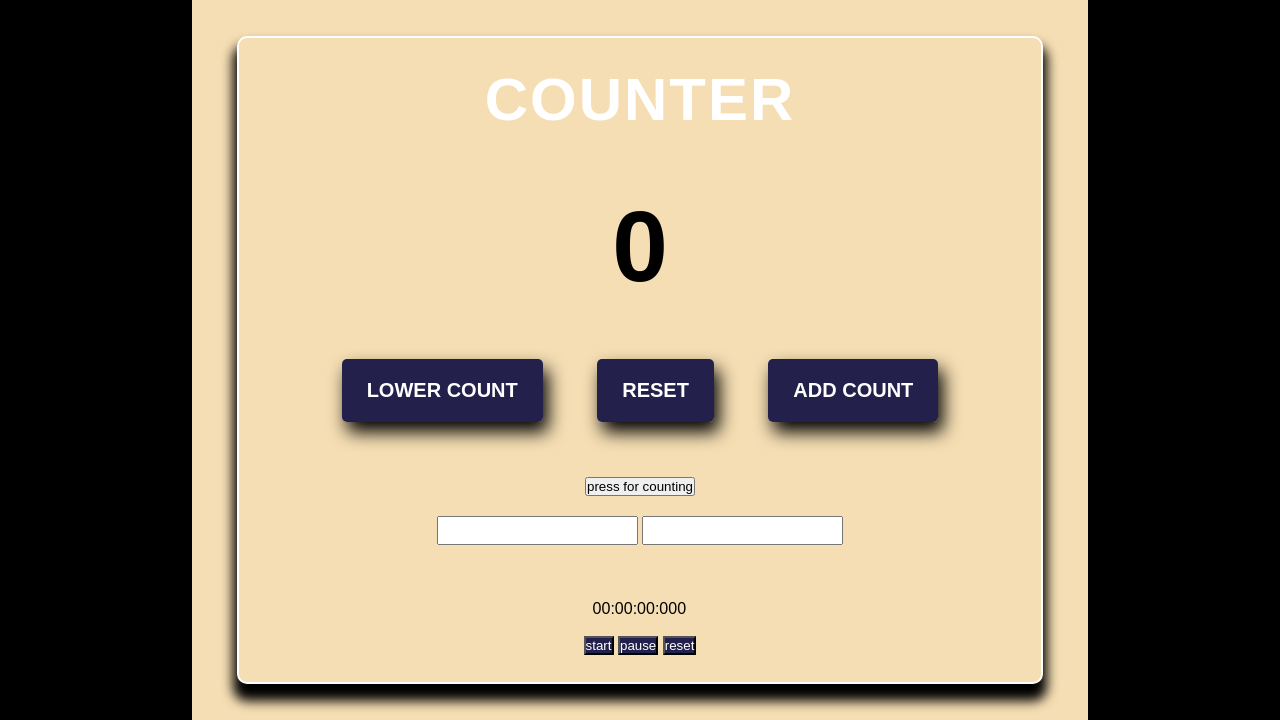
Repository: Seryozha02/Calculator
Page: calculator.html
These files come from the project's save history. The page is drawn as it stood at one moment and after the next save; the edit follows.
The browser window is 1280 px wide. The pictures show the whole page.

Above is the page before, as saved 2022-02-15 13:24:04.

After the next save:
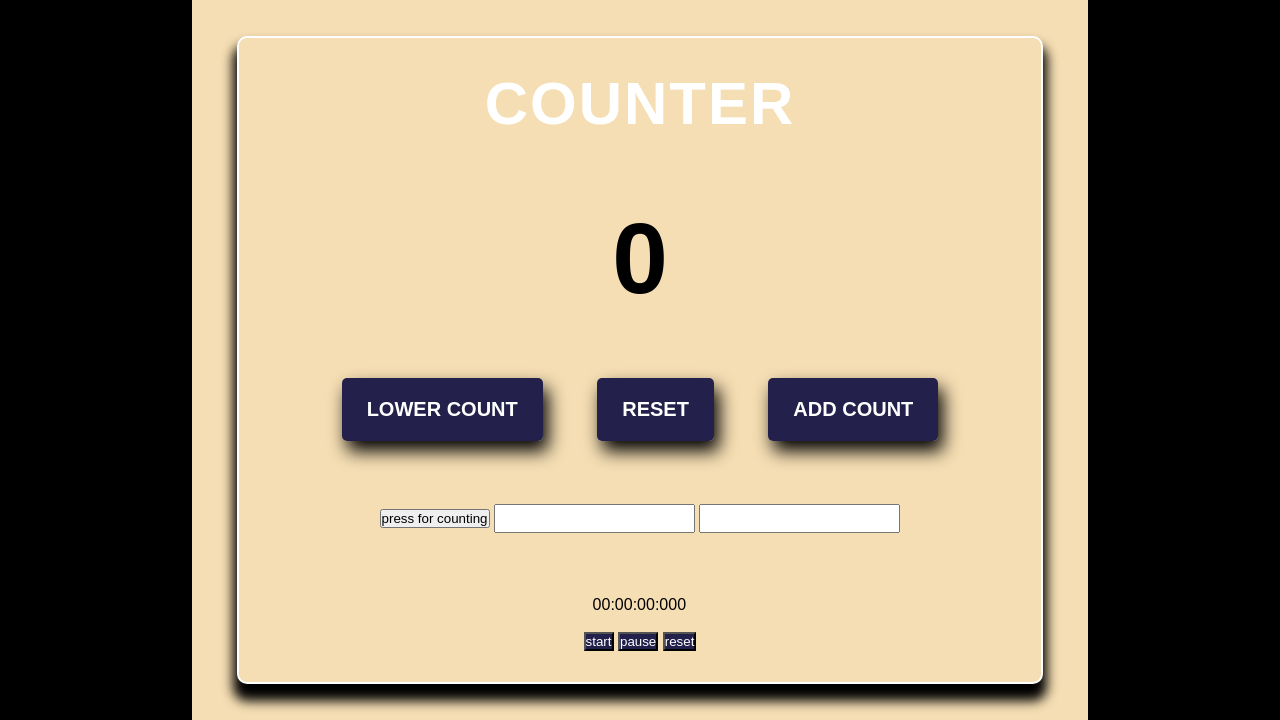
Console error: TypeError: Cannot read properties of null (reading 'addEventListener')
Saved 70 s later.
--- a/calculator.html
+++ b/calculator.html
@@ -22,8 +22,8 @@
                     <button class="centerButton">RESET</button>
                     <button class="rightButton">ADD COUNT</button>
                 </div>
-                <div class="buttonForCountingParent">
-                    <button class="buttonForCounting">press for counting </button>
+                <div class="hashvichParent">
+                    <button class="hashvich">press for counting </button>
                     <input type="number" id="inputNum1"><span class="plyus"></span>
                     <input type="number" id="inputNum2"><span class="equals"></span>
                     <span id="valueOfSum"></span>

After the save that followed:
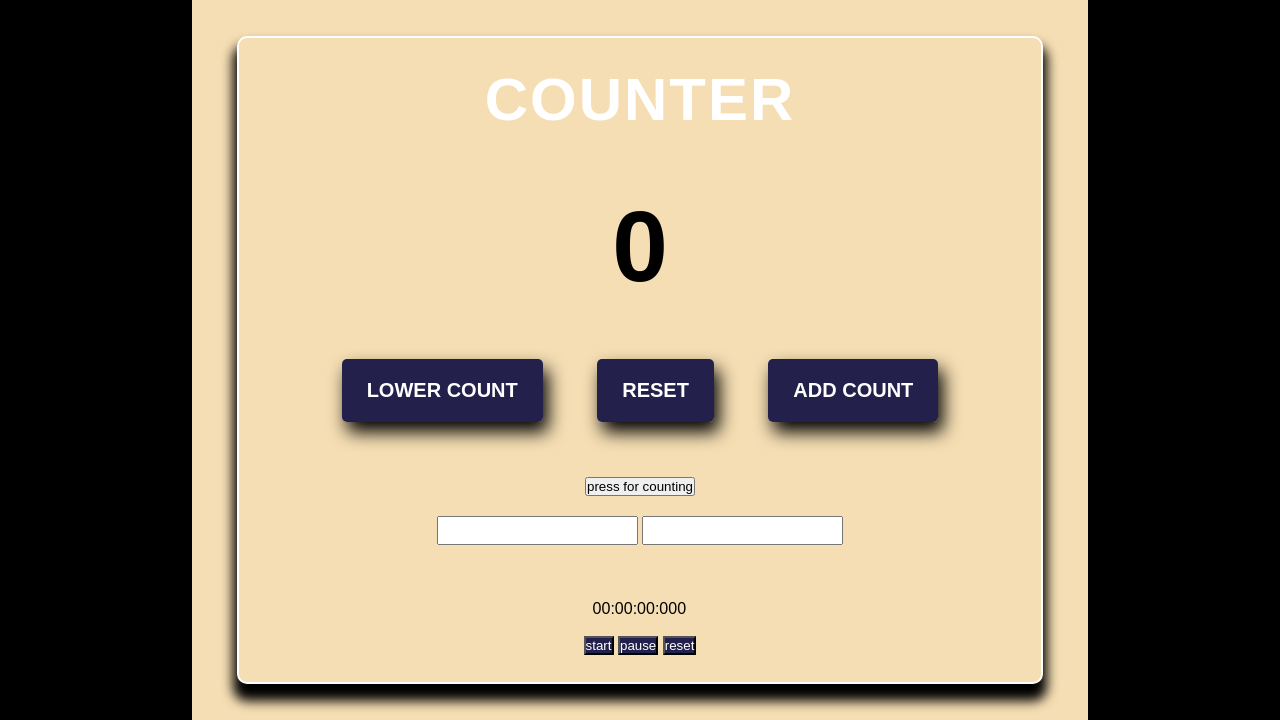
Saved 7 s later.
--- a/calculator.css
+++ b/calculator.css
@@ -103,11 +103,11 @@
     margin-left: 50px;
 }
 
-.buttonForCountingParent {
+.hashvichParent {
     text-align: -webkit-center;
 }
 
-.buttonForCounting {
+.hashvich {
     display: flex;
     margin-bottom: 20px;
     cursor: pointer;
